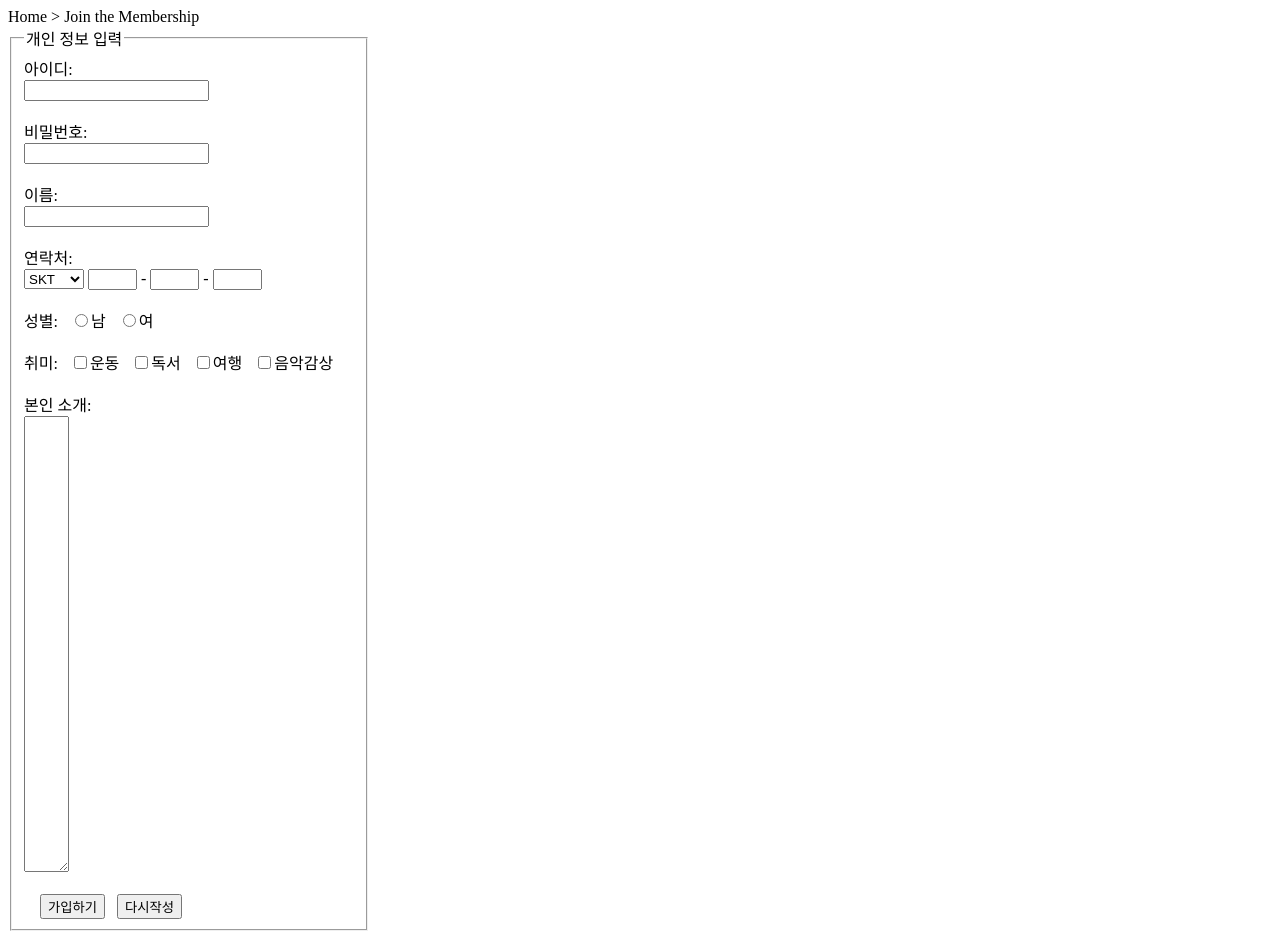
Repository: parkgyutaee/My_JAVA_Project
Page: http://localhost/JSPStudy/form_membership01.jsp
An editor plug-in stored every save of this project. The page is shown before and after the next save, followed by the edit.
The browser window is 1280 px wide. The pictures show the whole page.
The page is served by Tomcat 10.

Above is the page before, as saved 2025-07-10 04:01:53.

After the next save:
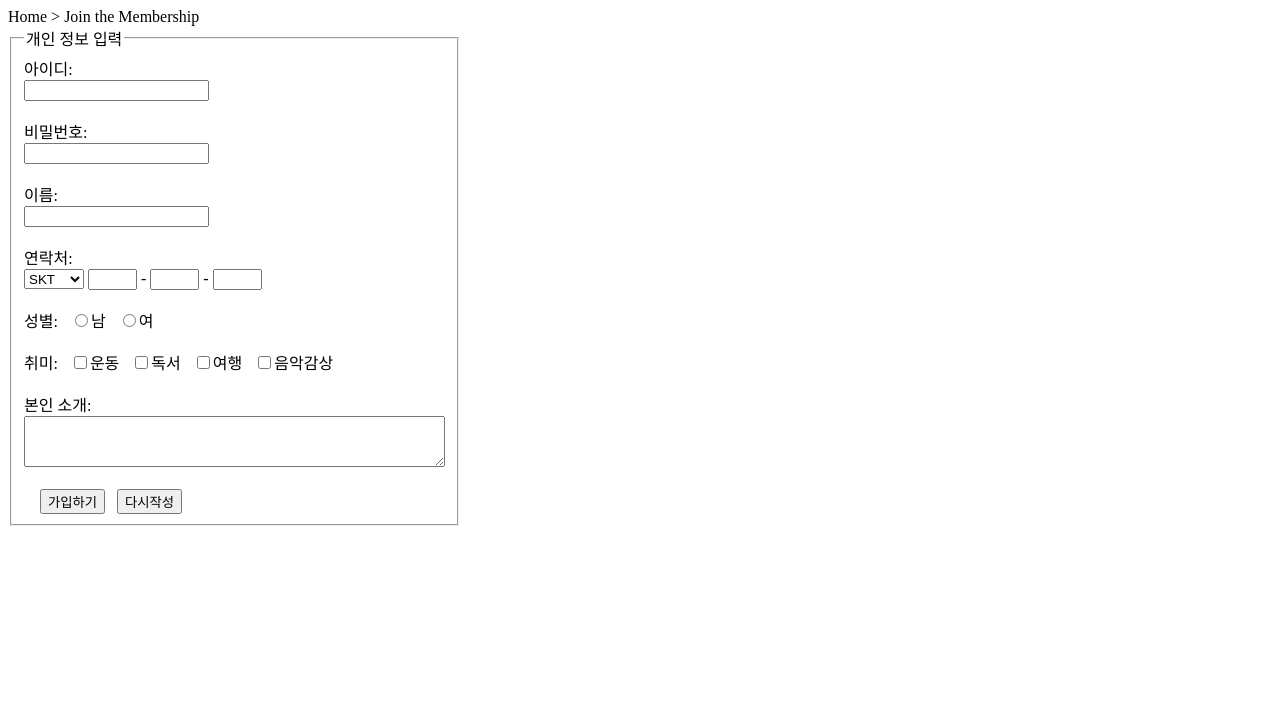
Saved 24 s later.
--- a/Workspace/JSPStudy/src/main/webapp/form_membership01.jsp
+++ b/Workspace/JSPStudy/src/main/webapp/form_membership01.jsp
@@ -31,7 +31,7 @@
 				&nbsp; <input type = "checkbox" name = "hobby3">여행
 				&nbsp; <input type = "checkbox" name = "hobby3">음악감상 <br><br>
 		본인 소개: <br>
-		<textarea type="introduce_area" rows="30" cols="3" >
+		<textarea type="introduce_area" rows="3" cols="50" >
 		</textarea> <br><br>
 		&nbsp;&nbsp;&nbsp;
 		<input type="submit" value="가입하기">
